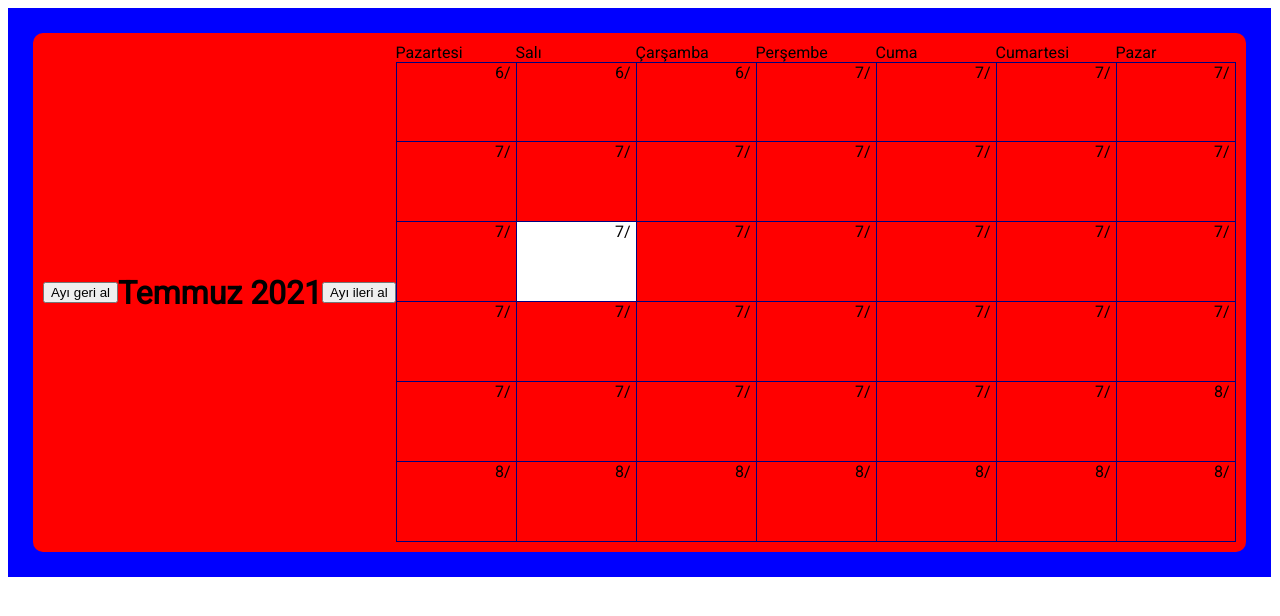
Repository: ahmetbugraozcan/javascript-calendar
Page: tablo.html
These files come from the project's save history. The page is drawn as it stood at one moment and after the next save; the edit follows.
The browser window is 1280 px wide. The pictures show the whole page.

Above is the page before, as saved 2021-07-13 12:06:10.

After the next save:
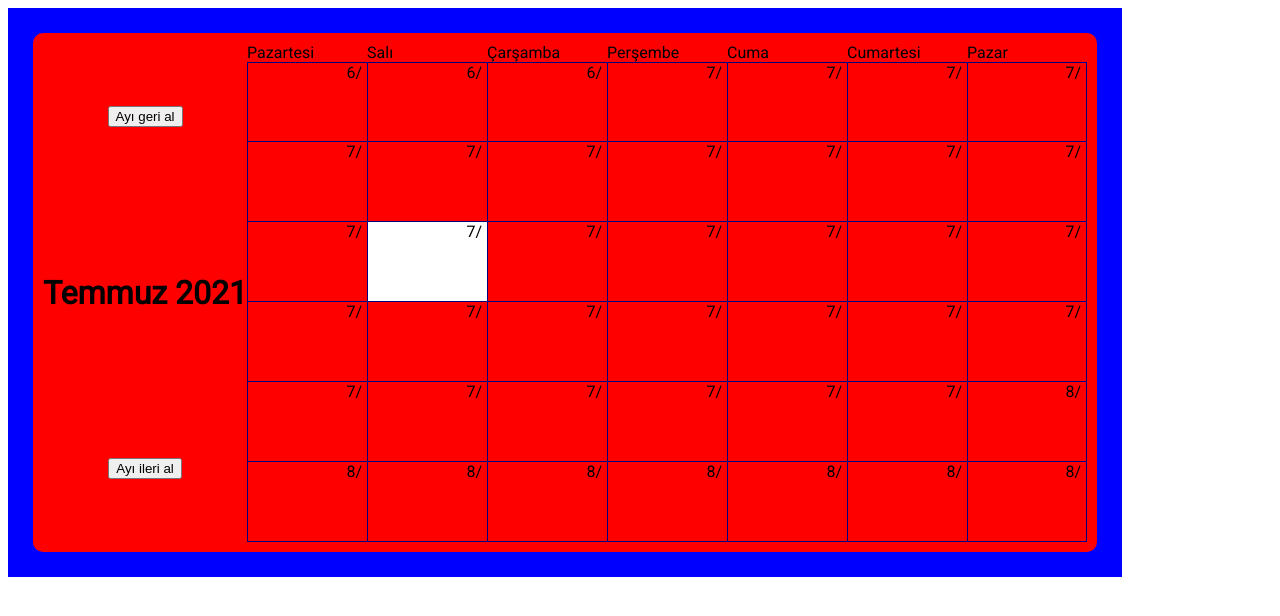
Saved 20 s later.
--- a/tablo.html
+++ b/tablo.html
@@ -66,6 +66,7 @@
     }
 
     .test {
+        flex-direction: column;
         display: flex;
         justify-content: space-around;
         align-items: center;
@@ -79,8 +80,8 @@
 
         <div class="calendar">
             <div class="test">
-                <div><button type="button" onclick="previousDate()">Ayı geri al</div></span>
-                <div><h1 id="currentDate"></h1></div>
+                <span><button type="button" onclick="previousDate()">Ayı geri al</button></span>
+                <h1 id="currentDate"></h1>
 
                 <span><button type="button" onclick="nextDate()">Ayı ileri al</button></span>
             </div>
